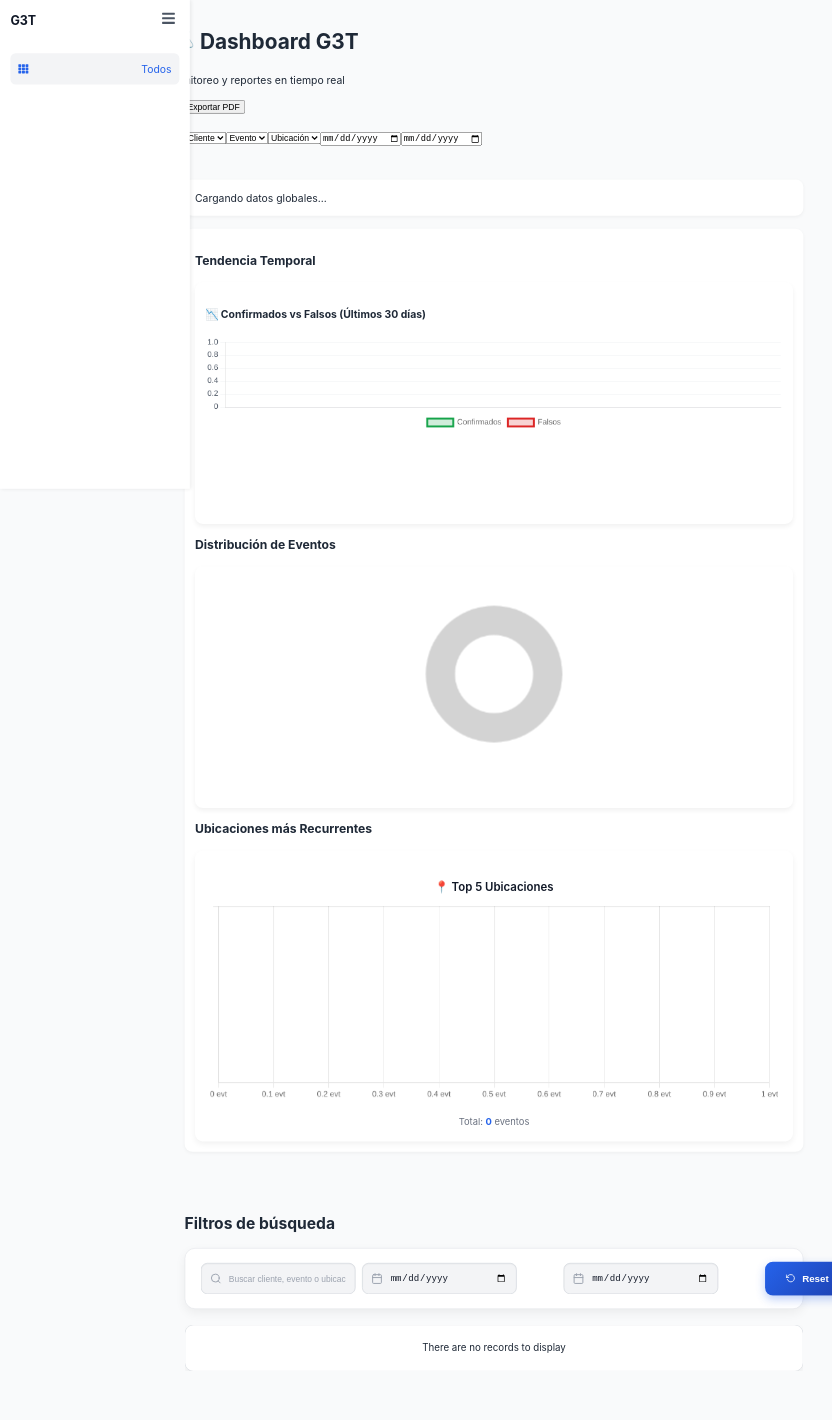
Repository: BBrian11/reportes
Page: /
The author's editor kept a copy of each file at every save. The page is drawn from the files as they stood at one save, then again after the next save.
The browser window is 1280 px wide. The pictures show the whole page, at 65% of full size.
The page's requests for data from a server got no answer. The project was rebuilt for these pictures with package versions that can differ from the ones it lists, and the page was loaded fresh each time. Some packages were replaced by stand-ins written for this rebuild. No one was signed in, and anything a server would have sent is missing. Also part of the build but not shown: vite.config.js, src/components/Dashboard/BarChart.jsx, src/styles/tgsstats.css, src/components/Dashboard/TgsStats.jsx, src/styles/edificiostats.css, src/components/Dashboard/EdificioStats.jsx, src/styles/vtvstats.css, src/components/Dashboard/VtvStats.jsx and 6 more.

Above is the page before, as saved 2025-08-01 15:36:52.

After the next save:
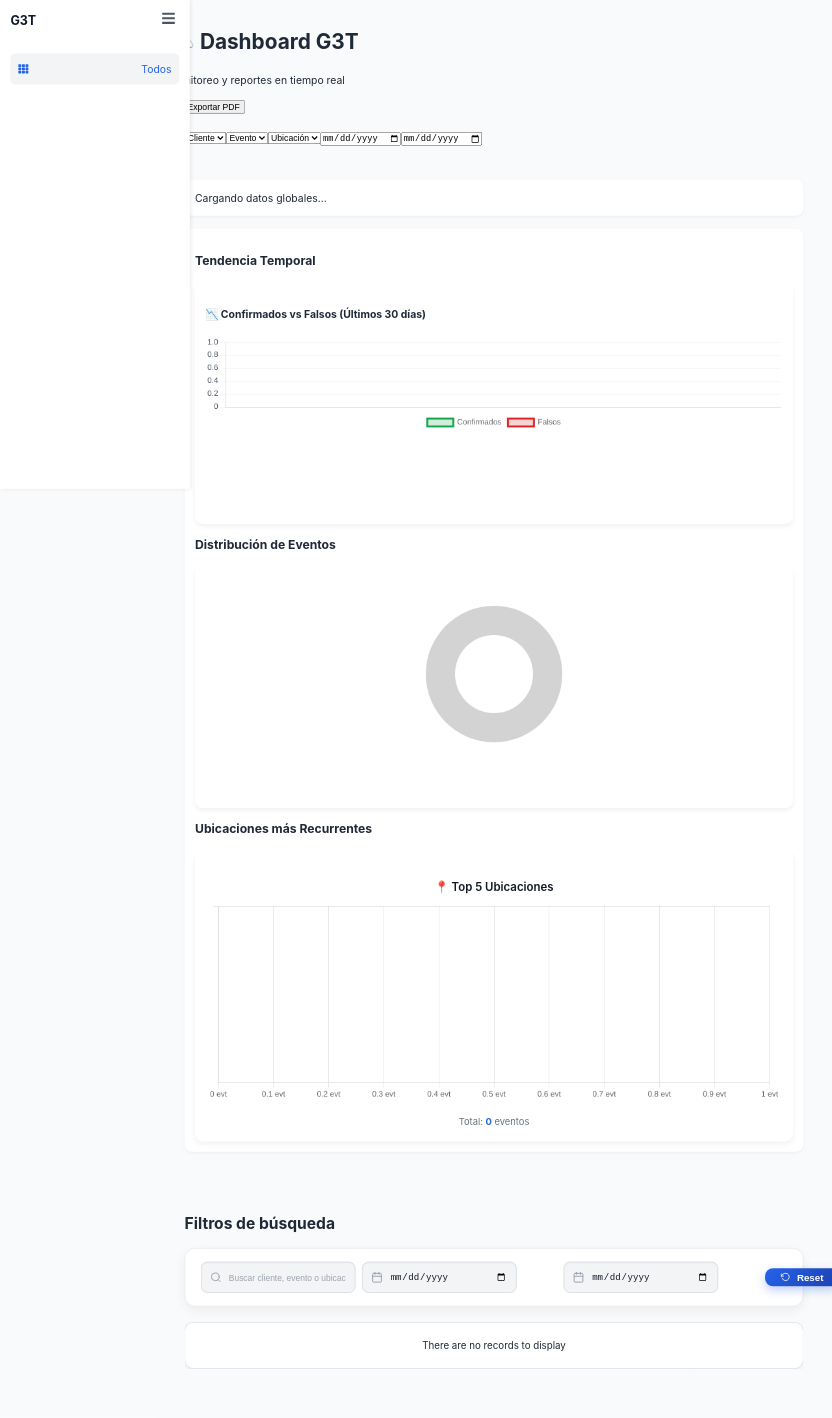
Saved 47 s later.
--- a/src/styles/eventstable.css
+++ b/src/styles/eventstable.css
@@ -325,8 +325,8 @@
   border: none;
   border-radius: 12px;
   padding: 14px 24px;
-  height: 52px;
-  min-width: 130px;
+  height: 22px;
+  min-width: 80px;
   cursor: pointer;
   box-shadow: 0 6px 14px rgba(37, 99, 235, 0.3);
   transition: all 0.3s ease-in-out;
